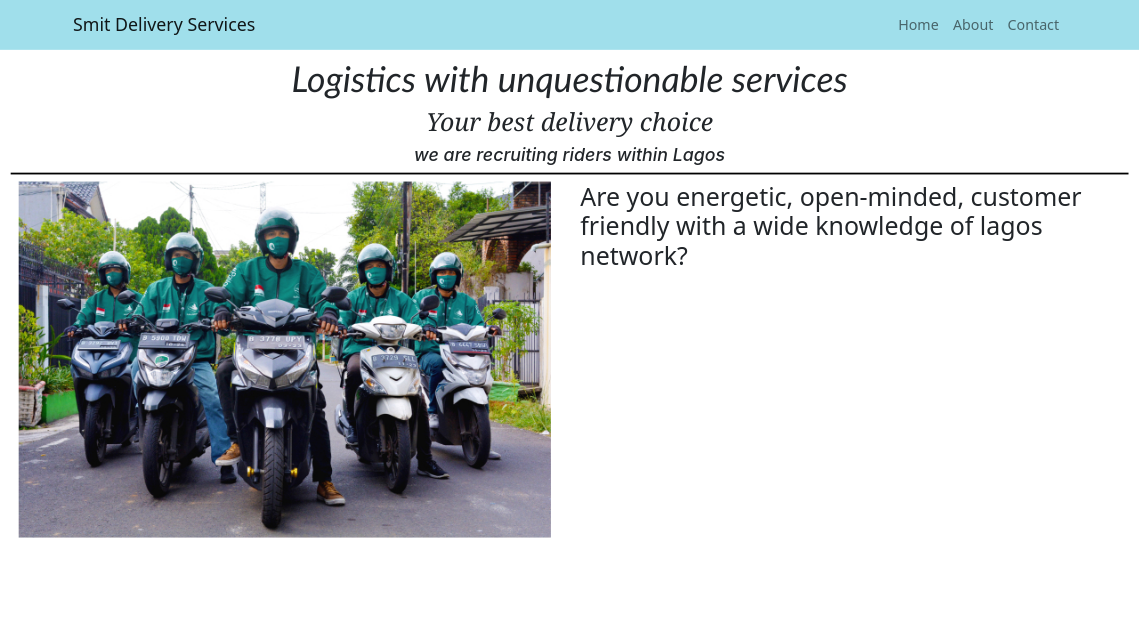
Repository: smit1298/logistic
Page: /
The author's editor kept a copy of each file at every save. The page is drawn from the files as they stood at one save, then again after a run of saves.
The browser window is 1280 px wide. The pictures show the whole page, at 89% of full size.
The project was rebuilt for these pictures with package versions that can differ from the ones it lists, and the page was loaded fresh each time.

Above is the page before, as saved 2021-10-04 09:32:35.

After the next 8 saves:
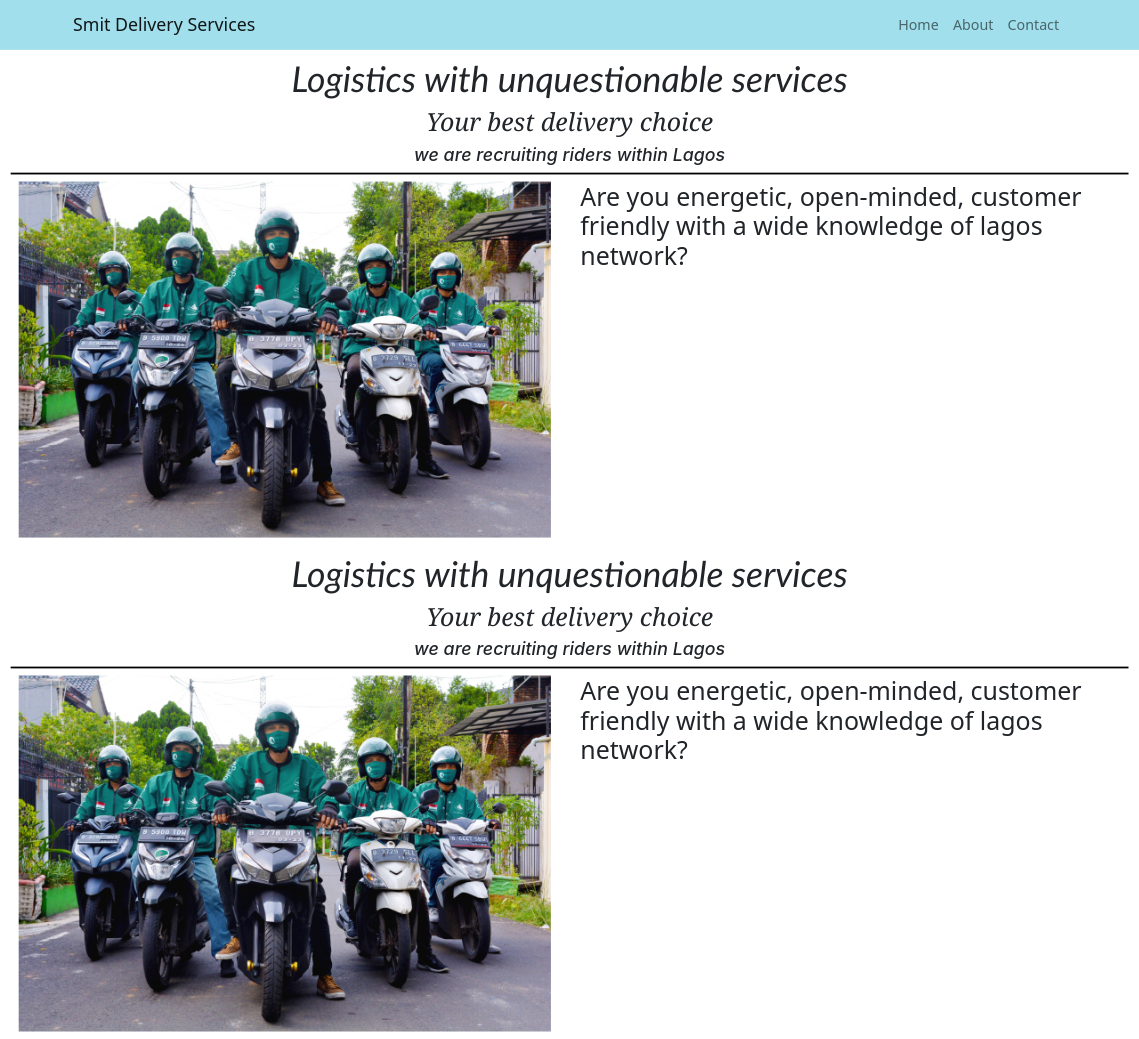
The 8 saves are shown as one change because 3 did not build or start and some came seconds apart.
The last was saved 2 min 20 s later.
--- a/src/App.js
+++ b/src/App.js
@@ -1,12 +1,14 @@
 // import './App.css';
 import Navs from './components/navs/Navs';
 import RecruitForm from './components/recruit/RecruitForm';
+import ContactForm from './components/recruit/RecruitForm';
 
 function App() {
   return (
     <div>
       <Navs />
       <RecruitForm />
+      <ContactForm />
     </div>
   );
 }
